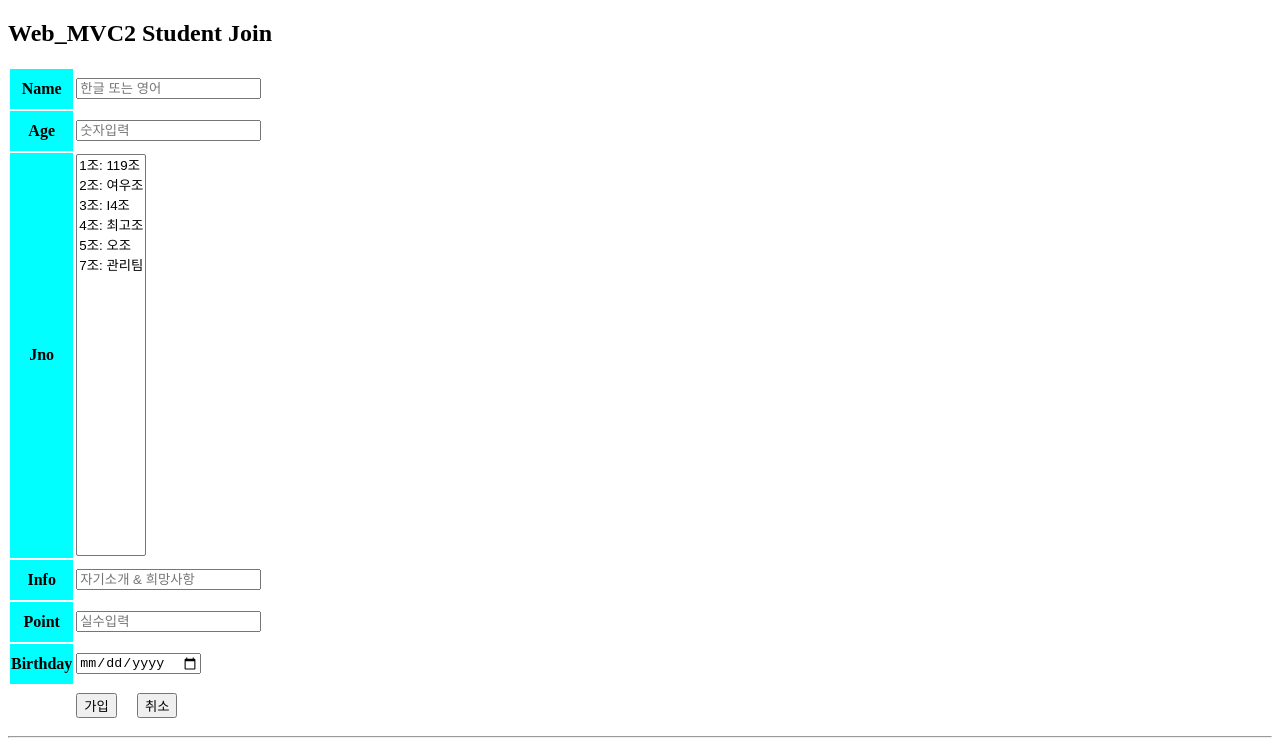
Repository: nameground/Java
Page: http://localhost/Web01/jsp99_mvcTest/mvc2_sJoin.jsp
An editor plug-in stored every save of this project. The page is shown before and after the next save, followed by the edit.
The browser window is 1280 px wide. The pictures show the whole page.
The page is served by Tomcat 9. Nobody is signed in. The application's start-up code is not run.

Above is the page before, as saved 2023-10-16 07:45:33.

After the next save:
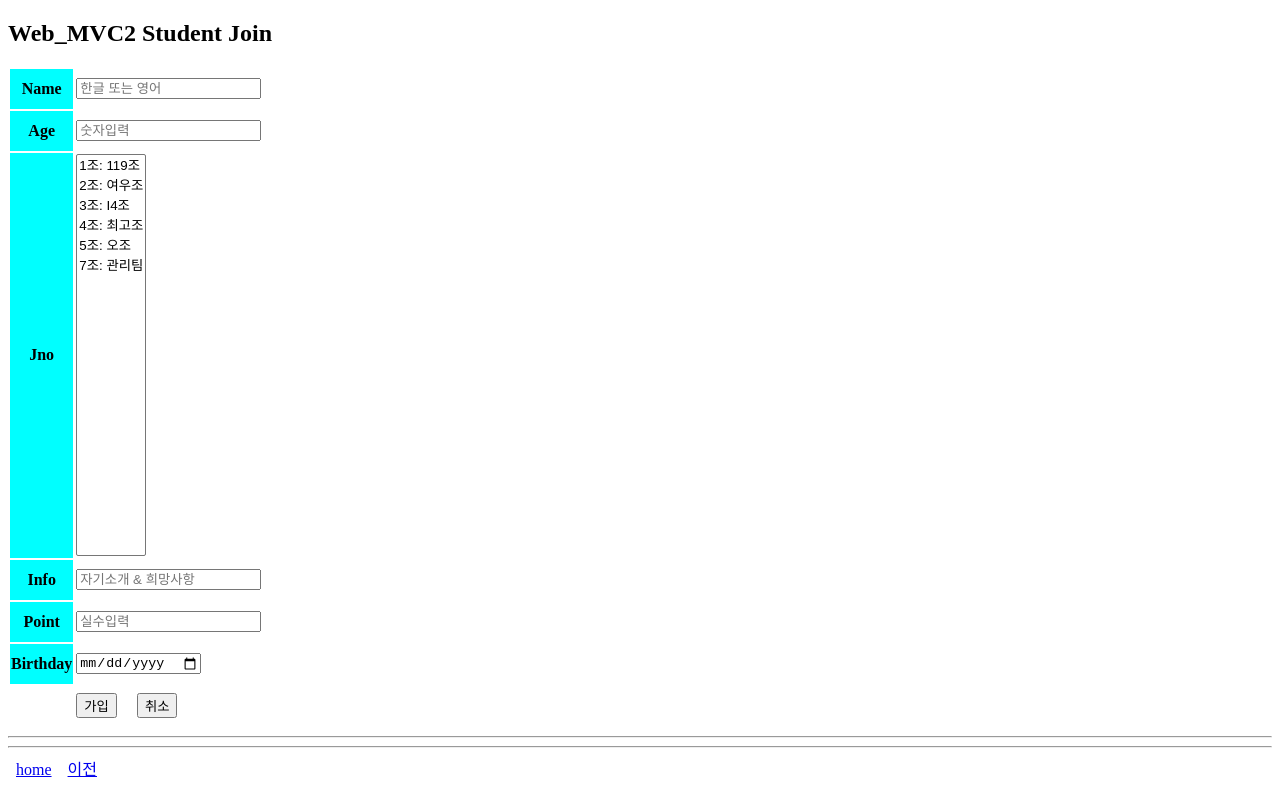
Saved 118 s later.
--- a/mTest/Mywork/Web01/src/main/webapp/jsp99_mvcTest/mvc2_sJoin.jsp
+++ b/mTest/Mywork/Web01/src/main/webapp/jsp99_mvcTest/mvc2_sJoin.jsp
@@ -54,11 +54,17 @@
 		</tr>
 	</table>
 </form>
+
 <hr>
+
 <c:if test="${not empty message}">
 	${message}
 </c:if>
 
+<hr>
+
+&nbsp; <a href="/Web01/index.jsp">home</a>&nbsp;
+&nbsp; <a href="javascript:history.go(-1)">이전</a>&nbsp;
 
 </body>
 </html>
